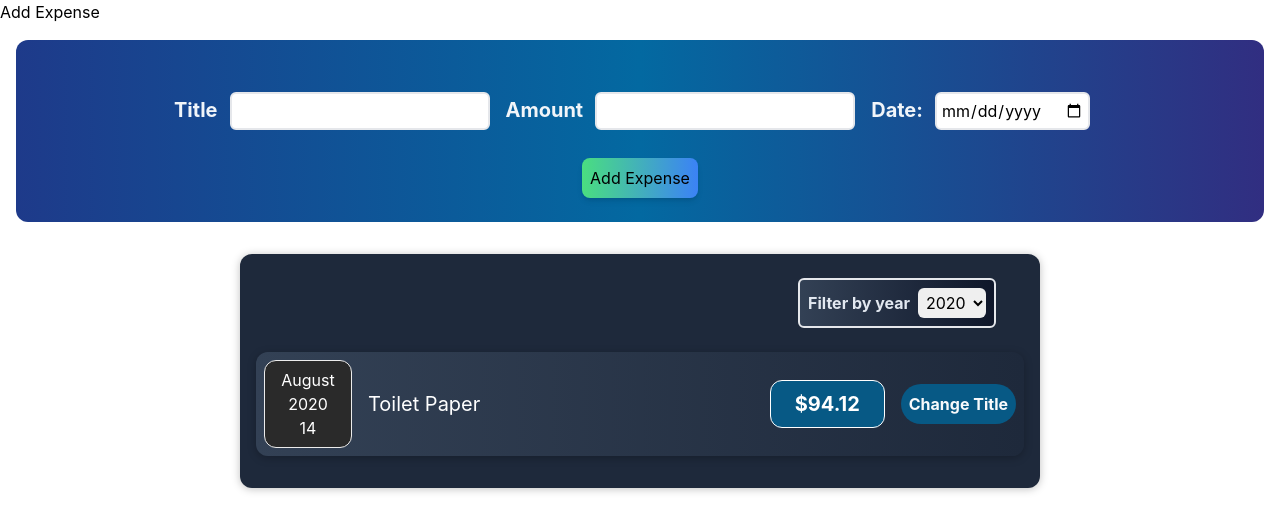
Repository: Sef24/expense-tracker
Page: /, after clicking the first element matching `button`
These files come from the project's save history. The page is drawn as it stood at one moment and after the next save; the edit follows.
The browser window is 1280 px wide. The pictures show the whole page.
The project was rebuilt for these pictures with package versions that can differ from the ones it lists, and the page was loaded fresh each time. Also part of the build but not shown: src/components/NewExpense/NewExpense.css, src/components/NewExpense/ExpenseForm.css.

Above is the page before, as saved 2022-05-03 16:10:43.

After the next save:
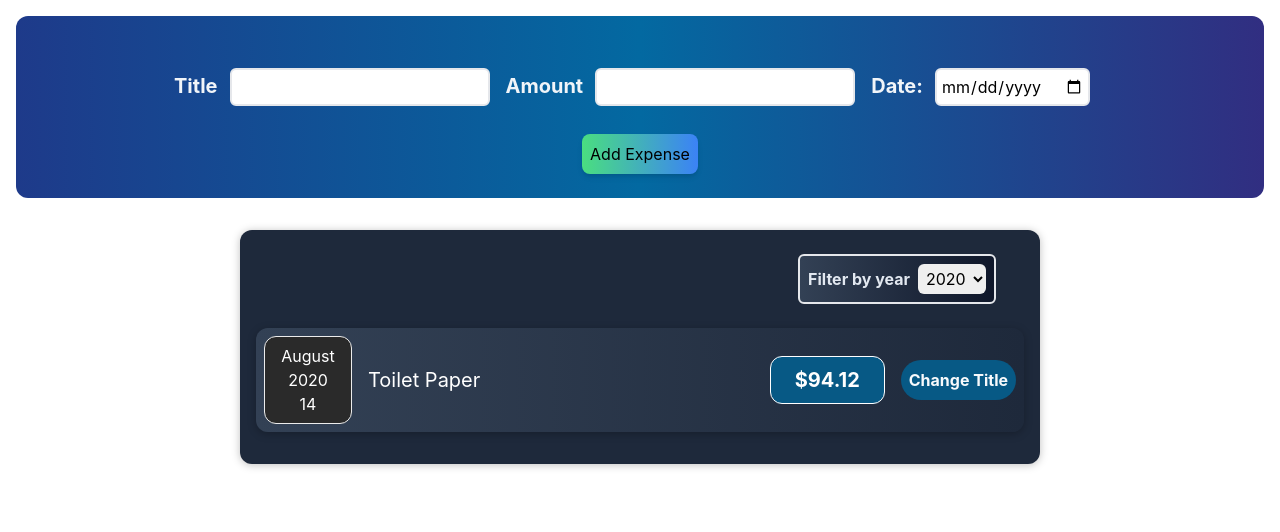
Saved 94 s later.
--- a/src/components/NewExpense/NewExpense.js
+++ b/src/components/NewExpense/NewExpense.js
@@ -21,7 +21,7 @@ function NewExpense(props) {
 
   return (
     <div>
-      <button onClick={startEditingHandler}>Add Expense</button>
+      {!isEditing && <button onClick={startEditingHandler}>Add Expense</button>}
       <ExpenseForm onSaveExpenseData={saveExpenseDataHandler} />
     </div>
   );
